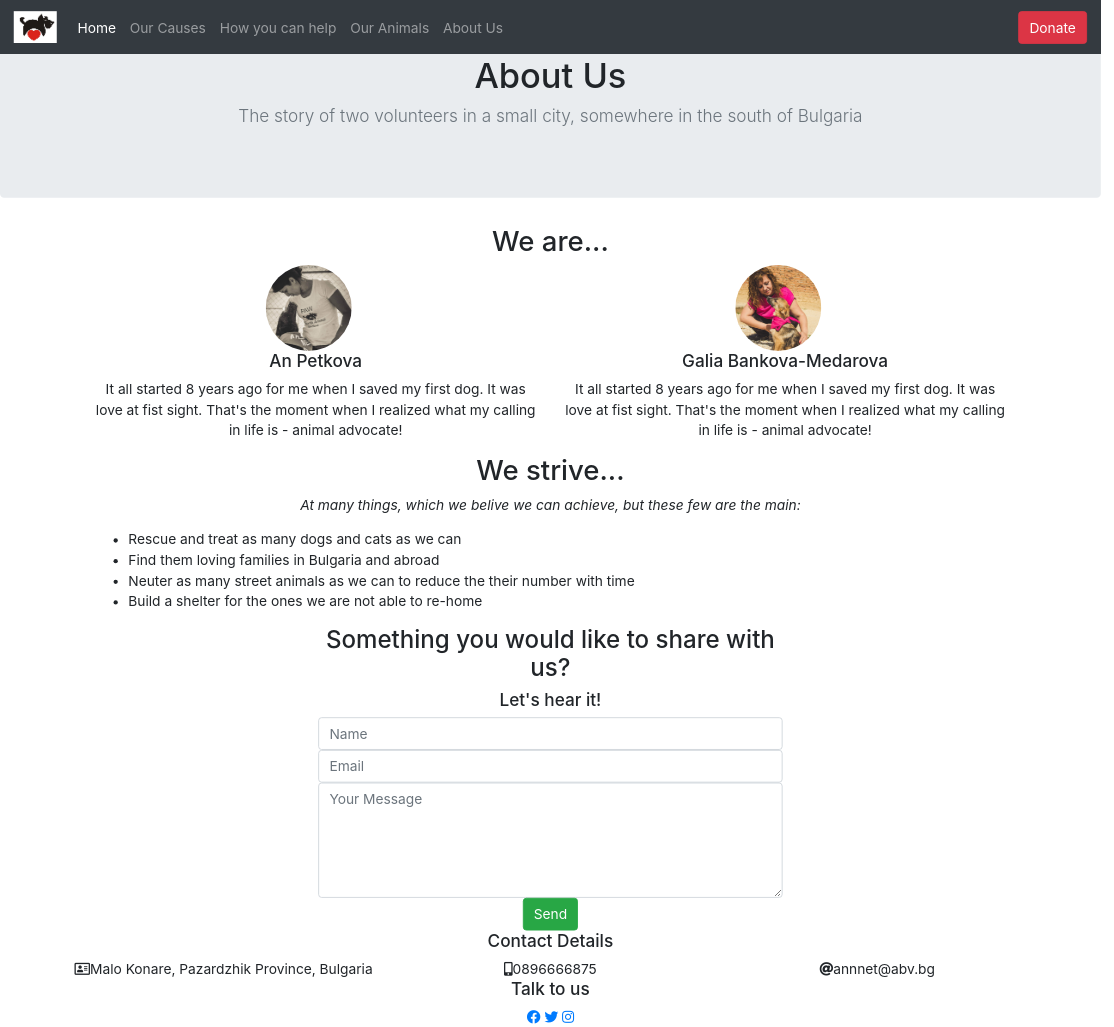
Repository: Naity17/PAW-first-website
Page: About-Us.html
The author's editor kept a record of every edit. The page is drawn from the files as they stood at one moment, then again after the next edit.
The browser window is 1280 px wide. The page is 1295 px wide, so the pictures cover 1295 px, including what lies to the right of the window. The pictures show the whole page, at 86% of full size.
Some web libraries are served in a nearby version.

Above is the page before.
Console error: TypeError: Cannot read properties of undefined (reading 'fn')

After the next edit:
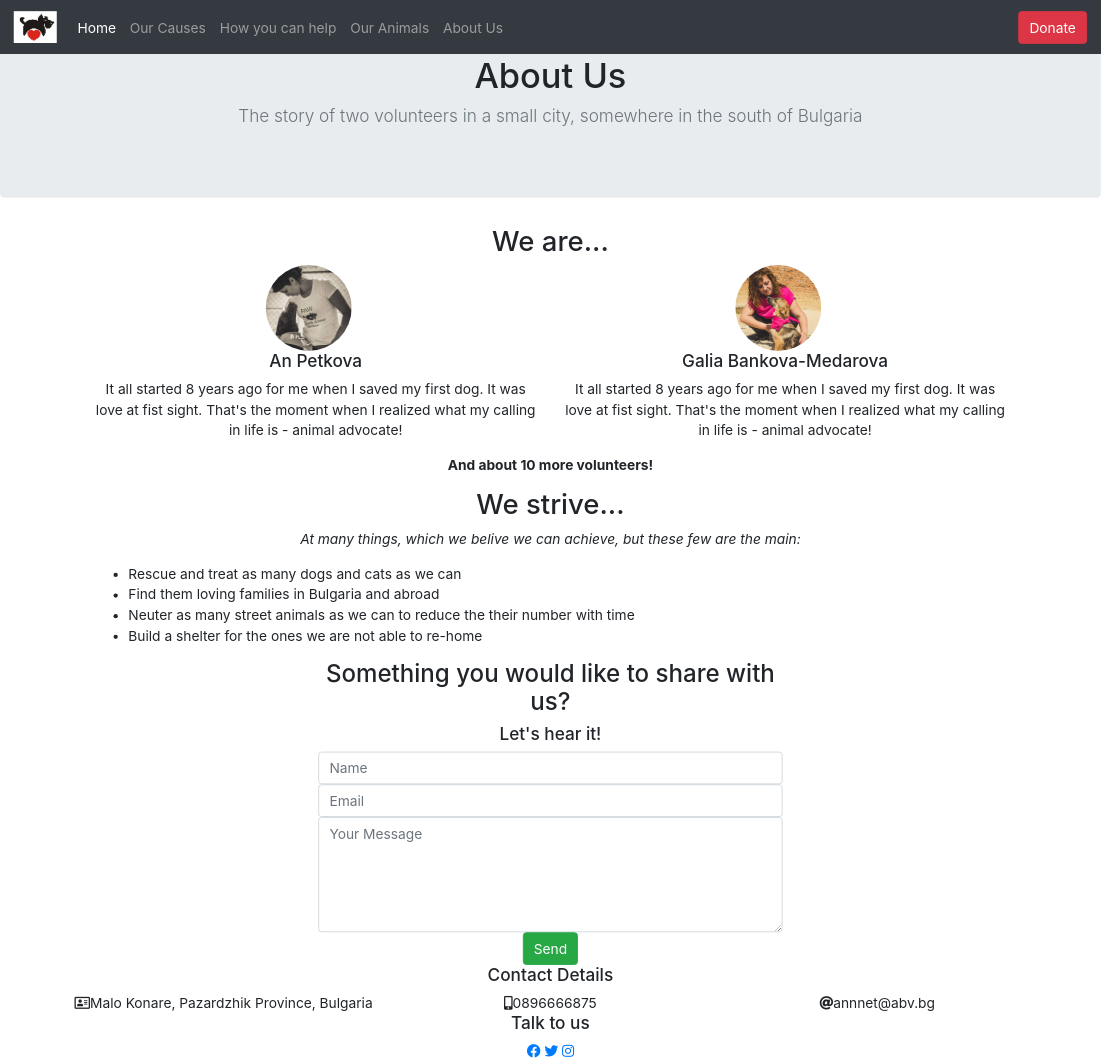
The edit:
--- a/About-Us.html
+++ b/About-Us.html
@@ -81,6 +81,9 @@
                     </div>
                     <div class="col"></div>
                 </div>
+                <div class="text-center" id="volunteers">
+                    <p><strong>And about 10 more volunteers!</strong></p>
+                </div>
             </section>
             <section class="text-center" id="our-aims-details">
                 <div class="row">
